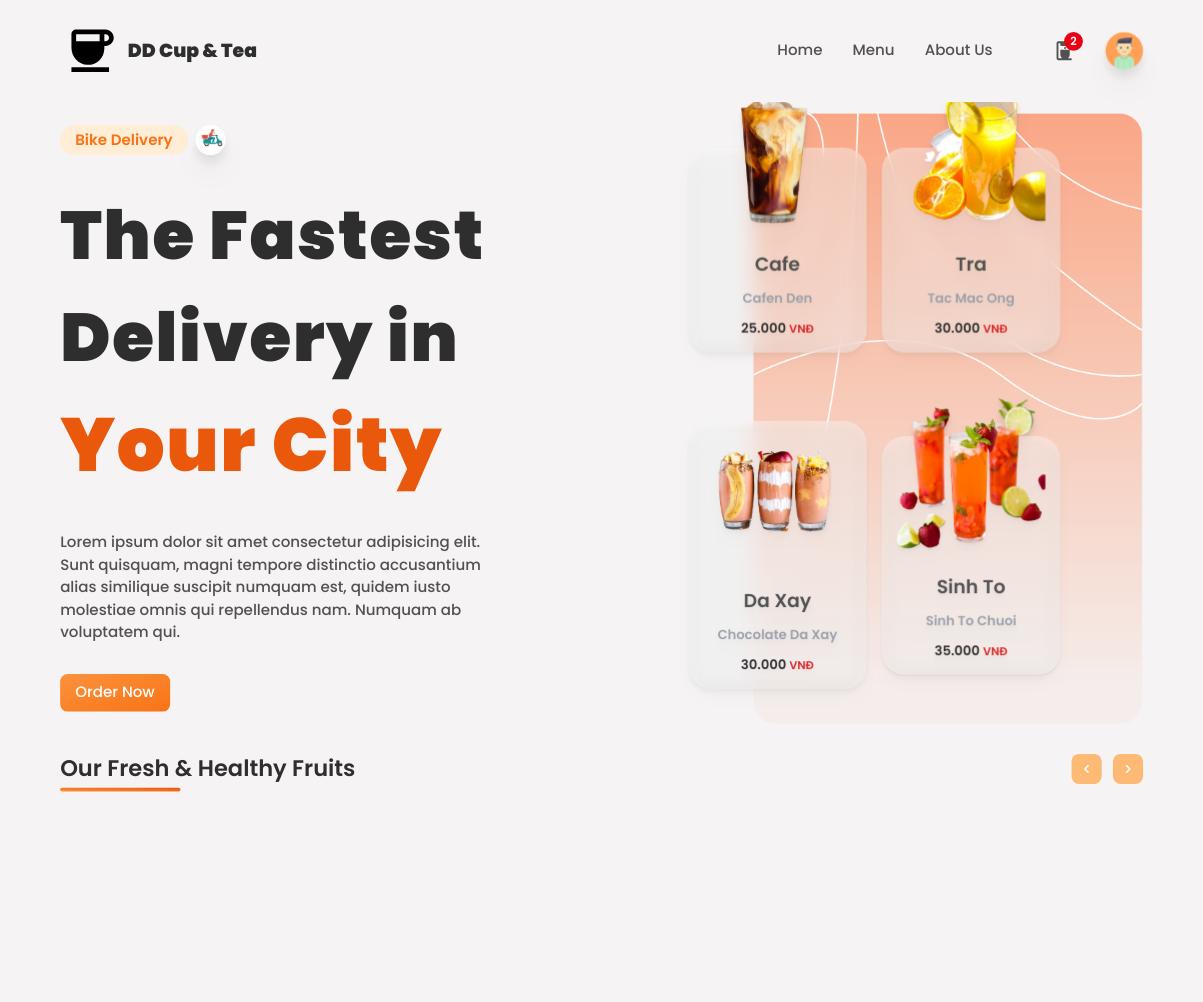
Repository: duongspm/ddcoffee
Page: /
These files come from the project's save history. The page is drawn as it stood at one moment and after a run of saves; the edit follows.
The browser window is 1280 px wide. The pictures show the whole page, at 94% of full size.
The page's requests for data from a server got no answer. The project was rebuilt for these pictures with package versions that can differ from the ones it lists, and the page was loaded fresh each time. No one was signed in, and anything a server would have sent is missing. Also part of the build but not shown: src/App.css, src/components/Loader.jsx, src/components/CreateContainer.jsx.

Above is the page before, as saved 2022-07-13 19:47:25.

### src/index.js
import React from 'react';
import ReactDOM from 'react-dom/client';
import './index.css';
import App from './App';
import reportWebVitals from './reportWebVitals';

import { BrowserRouter as Router } from 'react-router-dom';

import { StateProvider } from './context/StateProvider';
import { initialState } from './context/initalState';
import reducer from './context/reducer';

const root = ReactDOM.createRoot(document.getElementById('root'));
root.render(
  <Router>
    <StateProvider initialState={initialState} reducer={reducer}>
      <App />
    </StateProvider>
  </Router>
  // <React.StrictMode>
  //   <App />
  // </React.StrictMode>
);

// If you want to start measuring performance in your app, pass a function
// to log results (for example: reportWebVitals(console.log))
// or send to an analytics endpoint. Learn more: https://bit.ly/CRA-vitals
reportWebVitals();

### src/index.css
/* body {
  margin: 0;
  font-family: -apple-system, BlinkMacSystemFont, 'Segoe UI', 'Roboto', 'Oxygen',
    'Ubuntu', 'Cantarell', 'Fira Sans', 'Droid Sans', 'Helvetica Neue',
    sans-serif;
  -webkit-font-smoothing: antialiased;
  -moz-osx-font-smoothing: grayscale;
}

code {
  font-family: source-code-pro, Menlo, Monaco, Consolas, 'Courier New',
    monospace;
} */

@import url(https://fonts.googleapis.com/css2?family=DM+Sans:ital,wght@0,400;0,500;1,400;1,500&family=Inter:wght@400;500;600&family=Mulish:wght@300&family=Nunito+Sans:wght@200&family=Playfair+Display:wght@700&family=Poppins:wght@500;600;900&family=Quicksand:wght@700&display=swap);
*{
  margin: 0;
  padding: 0;
  box-sizing: border-box;
}
body{
  font-family: 'Poppins', sans-serif, -apple-system, BlinkMacSystemFont, 'Segoe UI', 'Roboto', 'Oxygen',
  'Ubuntu', 'Cantarell', 'Fira Sans', 'Droid Sans', 'Helvetica Neue',
  sans-serif;
}
html, body{
  scroll-behavior: smooth;
  overflow-x: hidden; /*chống tràn*/
}
@tailwind base;
@tailwind components;
@tailwind utilities;

### src/App.js
import './App.css';
import {Route, Routes} from 'react-router-dom';
import MainContainer from './components/MainContainer';
import CreateContainer from './components/CreateContainer';
import { AnimatePresence } from 'framer-motion';
import { Header } from './components';
import { useStateValue } from './context/StateProvider';
import { getALlDrinkItems } from './utils/firebaseFunctions';
import { useEffect } from 'react';
import { actionType } from './context/reducer';

function App() {
  const [{drinkItems}, dispatch] = useStateValue();
  const fetchData = async() => {
    await getALlDrinkItems().then ((data) => {
      dispatch({
        type : actionType.SET_DRINK_ITEMS,
        drinkItems : data
      })
    })
  };
  useEffect(() => {
    fetchData();
  }, [])


  return (
    <AnimatePresence exitBeforeEnter>
      <div className="w-screen h-auto flex flex-col bg-primary">
        <Header/>
        <main className='mt-14 md:mt-24 px-4 md:px-16 py-4 w-full'>
          <Routes>
            <Route path='/*' element={<MainContainer/>}></Route>
            <Route path='/createItem' element={<CreateContainer/>}></Route>
          </Routes>
        </main>
      </div>
    </AnimatePresence>
  );
}

export default App;

### src/context/StateProvider.js
import React, {createContext, useContext, useReducer} from 'react';
export const StateContext = createContext();
export const StateProvider = ({reducer, initialState, children}) => (
    <StateContext.Provider value={useReducer(reducer, initialState)}>
        {children}
    </StateContext.Provider>
);

export const useStateValue = () => useContext(StateContext);

### src/context/initalState.js
import { fetchUser } from "../utils/fetchLocalStorageData"

const userInfo = fetchUser()

export const initialState = {
    user: userInfo,
    drinkItems: null,
}

### src/context/reducer.js
export const actionType = {
    SET_USER: "SET_USER",
    SET_DRINK_ITEMS : "SET_DRINK_ITEMS"
};

const reducer = (state, action) => {
    console.log(action);

    switch (action.type){
        case actionType.SET_USER:
            return {
                ...state,
                user: action.user,
            };
        case actionType.SET_DRINK_ITEMS:
            return {
                ...state,
                drinkItems: action.drinkItems,
            };
        default:
            return state;
    }
};

export default reducer;

### src/components/MainContainer.jsx
import React from 'react';
import HomeContainer from './HomeContainer';
import {motion} from 'framer-motion';
import { MdChevronLeft, MdChevronRight } from 'react-icons/md';
import RowContainer from './RowContainer';
const MainContainer = () => {
    return (
        <div className='w-full h-auto flex flex-col items-center justify-center'>
            <HomeContainer/>
            <section className="w-full my-6">
                <div className='w-full flex items-center justify-between'>
                    <p className='text-2xl font-semibold capitalize text-headingColor relative before:absolute before:rounded-lg before:content before:w-32 before:h-1 before:-bottom-2 before:left-0 before:bg-gradient-to-tr from-orange-400 to-orange-600 transition-all ease-in-out duration-100'>
                        Our fresh & Healthy fruits
                    </p>
                    <div className='hidden md:flex gap-3 items-center'>
                        <motion.div whileTap={{scale:0.75}} className='w-8 h-8 rounded-lg bg-orange-300 hover:bg-oranger-500 cursor-pointer transition-all duration-100 ease-in-out hover:shadow-lg flex items-center justify-center'>
                            <MdChevronLeft className='text-lg text-white'></MdChevronLeft>
                        </motion.div>
                        <motion.div whileTap={{scale:0.75}}  className='w-8 h-8 rounded-lg bg-orange-300 hover:bg-oranger-500 cursor-pointer transition-all duration-100 ease-in-out hover:shadow-lg flex items-center justify-center'>
                            <MdChevronRight className='text-lg text-white'></MdChevronRight>
                        </motion.div>
                    </div>
                </div>
                <RowContainer flag={true} />
            </section>
        </div>
    );
};

export default MainContainer;

### src/components/index.js
export {default as Header} from './Header';
export {default as MainContainer} from './MainContainer';
export {default as CreateContainer} from './CreateContainer';
export {default as HomeContainer} from './HomeContainer';
export {default as Loader} from './Loader';
export {default as RowContainer} from './RowContainer';

### src/utils/firebaseFunctions.js
import {collection, doc, getDocs, orderBy, query, setDoc} from "firebase/firestore";
import { firestore } from "../firebase.config";

//saving new item
export const saveItem = async(data) => {
    await setDoc(doc(firestore,"drinkItems", `${Date.now()}`), data,{
        merge: true,
    });
};

//get all
export const getALlDrinkItems = async () => {
    const items = await getDocs (
        query(collection(firestore, "drinkItems"), orderBy("id","desc"))
    );
    return items.docs.map((doc) => doc.data());
};

### src/utils/fetchLocalStorageData.js
export const fetchUser = () => {
    const userInfo =
        localStorage.getItem("user") !== "undefined"
        ? JSON.parse(localStorage.getItem("user"))
        : localStorage.clear();
    return userInfo;
}

### src/components/HomeContainer.jsx
import React from 'react';
import delivery from '../assets/imgs/delivery.png';
import HeroBg from '../assets/imgs/heroBg.png';
import heroData from '../utils/data'

const HomeContainer = () => {
    return (
        <section id="home" className='grid grid-cols-1 md:grid-cols-2 gap-2 w-full'>
            <div className='py-2 flex flex-1 flex-col items-start  justify-center gap-8'>
                <div className='flex items-center gap-2 justify-center'>
                    <p className='text-base text-orange-500 font-semibold bg-orange-100 px-4 py-1 rounded-full'>Bike Delivery</p>
                    <div className='w-8 h-8 bg-white rounded-full overflow-hidden drop-shadow-xl'>
                        <img src={delivery} className="w-full h-full object-contain" alt="deli"/>
                    </div>
                </div>
                <p className='text-[2.5rem] font-bold tracking-wide text-headingColor lg:text-[4.5rem]'>The Fastest Delivery in <span className='text-orange-600 text-[3rem] lg:text-[5rem]'>Your City</span></p>
                <p className='text-base text-textColor text-center md:text-left md:w-[80%]'>Lorem ipsum dolor sit amet consectetur adipisicing elit. Sunt quisquam, magni tempore distinctio accusantium alias similique suscipit numquam est, quidem iusto molestiae omnis qui repellendus nam. Numquam ab voluptatem qui.</p>
                <button type='button' className='bg-gradient-to-br from-orange-400 to-orange-500 w-full px-4 py-2 rounded-lg hover:shadow-lg transition-all ease-in-out md:w-auto text-white'>Order Now</button>
            </div>
            <div className='py-2 flex-1 flex items-center relative'>
                <img src={HeroBg} className="ml-auto h-420 w-full lg:w-auto lg:h-650" alt="hero-bg"/>

                <div className='w-full h-full absolute flex items-center justify-center top-0 left-0 py-4 gap-4 flex-wrap lg:px-26'>
                    {heroData && heroData.map(n => (
                        <div key={n.id} className='w-190 bg-cardOverlay backdrop-blur-md p-4 rounded-3xl flex flex-col items-center justify-center lg:w-190 drop-shadow-lg'>
                        <img src={n.imageSrc} className='w-20 lg:w-40 -mt-10 lg:-mt-20' alt='i1'/>
                        <p className='text-base lg:text-xl font-semibold text-textColor mt-2 lg:mt-4'>{n.name}</p>
                        <p className='text-[12px] lg:text-sm font-semibold text-lighttextGray my-1 lg:my-3'>{n.decp}</p>
                        <p className='text-sm font-semibold text-headingColor'>{n.price} <span className='text-xs text-red-600'>VNĐ</span></p>
                    </div>
                    ))}
                </div>
            </div>
        </section>
    );
};

export default HomeContainer;

### src/components/RowContainer.jsx
import React from 'react';

const RowContainer = ({flag}) => {
    return (
        <div className={`w-full my-12 ${flag ? "overflow-x-scroll" : "overflow-x-hidden"}`}>
            <div className='w-300 md:w-225 h-auto my-12 backdrop-blur-lg'>
                <div className='w-full flex items-center justify-between'>
                    <img className='w-40 -mt-8 alt="addtocart" src'/>
                </div>
            </div>
        </div>
    );
};

export default RowContainer;

### src/utils/data.js
import I1 from '../assets/imgs/bacxiu.png';
import I2 from '../assets/imgs/cam.png';
import I3 from '../assets/imgs/chuoi.png';
import I4 from '../assets/imgs/dau.png';
const heropData = [
    {id : 1, name: 'Cafe', decp : 'Cafen Den', price : '25.000', imageSrc : I1},
    {id : 2, name: 'Tra', decp : 'Tac Mac Ong', price : '30.000', imageSrc : I2},
    {id : 3, name: 'Da Xay', decp : 'Chocolate Da Xay', price : '30.000', imageSrc : I3},
    {id : 4, name: 'Sinh To', decp : 'Sinh To Chuoi', price : '35.000', imageSrc : I4},
];
export default heropData;
export const categories = [
    {
        id: 1,
        name: "Cafe",
        urlParamName: "cafe",
    },
    {
        id: 2,
        name: "Tra",
        urlParamName: "tra",
    },
    {
        id: 3,
        name: "Nuoc Ep",
        urlParamName: "nuoc ep",
    },
    {
        id: 4,
        name: "Sinh To",
        urlParamName: "sinh to",
    },
];

### src/firebase.config.js
import {getApp, getApps, initializeApp} from 'firebase/app';
import {getFirestore} from 'firebase/firestore';
import {getStorage} from 'firebase/storage';

const firebaseConfig = {
    apiKey : "AIzaSyAiraH4JLA5tCdJ0jHuDoW_0qsknKtMiQc" ,
    authDomain : "ddcoffee-35878.firebaseapp.com" ,
    databaseURL : "https://ddcoffee-35878-default-rtdb.firebaseio.com" ,
    projectId : "ddcoffee-35878" ,
    storageBucket : "ddcoffee-35878.appspot.com" ,
    messagingSenderId : "404922796023" ,
    appId : "1:404922796023:web:4717a230c36f3a24a4d0f2"
    };

    const app = getApps.length > 0 ? getApp() : initializeApp(firebaseConfig);

    const firestore = getFirestore(app);
    const storage = getStorage(app);

    export {app, firestore, storage};

### src/components/Header.jsx
import React, { useState } from 'react';
import {motion} from "framer-motion";
import {Link} from 'react-router-dom';
import {MdCoffee} from 'react-icons/md';
import {MdCoffeeMaker, MdAdd, MdLogout, MdAccountCircle} from 'react-icons/md';
//import Logo from '../assets/imgs/logo-dendo-cocaybua.png';
import Avatar from '../assets/imgs/avatar.png';
import { getAuth, signInWithPopup, GoogleAuthProvider } from "firebase/auth";
import { app } from '../firebase.config';
import { useStateValue } from '../context/StateProvider';
import { actionType } from '../context/reducer';

const Header = () => {
    const firebaseAuth = getAuth(app);
    const provider = new GoogleAuthProvider();

    const [{user}, dispatch] = useStateValue()

    const [isMenu, setIsMenu] = useState(false);

    const login = async () => {
        //đăng nhập rồi click vô avt k hiện đăng nhập nữa
        if(!user)
        {
            const {user: {refreshToken, providerData}} = await signInWithPopup(firebaseAuth, provider);
            dispatch({
                type : actionType.SET_USER,
                user : providerData[0],
            });
            localStorage.setItem("user", JSON.stringify(providerData[0]))
        }else{
            setIsMenu(!isMenu);
        }
    };
    const logout = () => {
        setIsMenu(false);
        localStorage.clear();
        dispatch({
            type: actionType.SET_USER,
            user: null,
        });
    }

    return (
        <header className='fixed z-50 w-screen p-3 px-4 md:p-6 md:px-16 bg-primary'>
            {/* desktop */}
            <div className='hidden md:flex w-full h-full items-center justify-between'>
                <Link to={"/"} className='flex items-center gap-2'>
                    {/* <img src={Logo} className="w-16 object-cover" alt="Logo nef"/> */}
                    <MdCoffee className='w-16 object-cover cursor-pointer text-6xl hover:text-cartNumBg'></MdCoffee>
                    <motion.p whileTap={{scale: 0.6}}  className='text-headingColor text-xl font-bold'>DD Cup & Tea</motion.p>
                </Link>
                <div className='flex items-center gap-8'> {/* bo ra ngoai div nay thi no se nam giua */}
                    <motion.ul
                        initial={{opacity: 0, x: 200}}
                        animate={{opacity: 1, x: 0}}
                        exit={{opacity: 0, x: 200}}
                        className="flex items-center gap-8 ">
                        <li className='text-base text-textColor hover:text-cartNumBg duration-100 transition-all ease-in-out cursor-pointer'>Home</li>
                        <li className='text-base text-textColor hover:text-cartNumBg duration-100 transition-all ease-in-out cursor-pointer' onClick={()=>setIsMenu(false)}>Menu</li>
                        <li className='text-base text-textColor hover:text-cartNumBg duration-100 transition-all ease-in-out cursor-pointer' onClick={()=>setIsMenu(false)}>About Us</li>
                    </motion.ul>
                    <div className='relative flex items-center justify-center'>
                        <MdCoffeeMaker className='text-textColor text-2xl ml-8 cursor-pointer'></MdCoffeeMaker>
                        <div className='absolute -top-2 -right-2 w-5 h-5 rounded-full bg-cartNumBg flex items-center justify-center'>
                            <p className='text-xs text-white font-semibold'>2</p>
                        </div>
                    </div>
                    <div className='relative'>
                        <motion.img whileTap={{scale: 0.6}} className='w-10 min-w-[40px] h-10 min-h-[40px] drop-shadow-xl rounded-full' src={user ? user.photoURL : Avatar} alt="avata nguoi dung"
                        onClick={login}/>
                        {/* Menu In4 */}
                        {
                            isMenu &&
                            (
                                <motion.div
                                    initial={{opacity: 0, scale: 0.6}}
                                    animate={{opacity: 1, scale: 1}}
                                    exit={{opacity: 0, scale: 0.6}}
                                    className='w-40 bg-gray-50 shadow-xl rounded-lg absolute flex flex-col top-12 right-0'>
                                    {
                                        user && user.email === "tranvanduong10a22016bb@gmail.com" && (
                                            <Link to={'/createItem'}>
                                                <p className='px-4 py-2 flex items-center gap-3 cursor-pointer hover:bg-slate-100 transition-all duration-100 ease-in-out text-textColor text-base '><MdAdd/> New Item </p>
                                            </Link>
                                        )
                                    }
                                    <Link to={'/info'}>
                                        <p className='px-4 py-2 flex items-center gap-3 cursor-pointer hover:bg-slate-100 transition-all duration-100 ease-in-out text-textColor text-base'><MdAccountCircle/>{user ? user.displayName : 'In4'} </p>
                                    </Link>
                                    <hr/>
                                    <p className='px-4 py-2 flex items-center gap-3 cursor-pointer hover:bg-slate-100 transition-all duration-100 ease-in-out text-textColor text-base' onClick={logout}><MdLogout/> Logout </p>
                                </motion.div>
                            )
                        }
                        {/* End Menu In4 */}
                    </div>
                </div>
            </div>
            {/* mobile */}
            <div className='flex items-center justify-between md:hidden w-full h-full'>
                <div className='relative flex items-center justify-center'>
                    <MdCoffeeMaker className='text-textColor text-2xl ml-8 cursor-pointer'></MdCoffeeMaker>
                    <div className='absolute -top-2 -right-2 w-5 h-5 rounded-full bg-cartNumBg flex items-center justify-center'>
                        <p className='text-xs text-white font-semibold'>2</p>
                    </div>
                </div>
                <Link to={"/"} className='flex items-center gap-2'>
                    {/* <img src={Logo} className="w-16 object-cover" alt="Logo nef"/> */}
                    <MdCoffee className='w-16 object-cover cursor-pointer text-6xl hover:text-cartNumBg'></MdCoffee>
                    <motion.p whileTap={{scale: 0.6}}  className='text-headingColor text-xl font-bold'>DD Cup & Tea</motion.p>
                </Link>

                <div className='relative'>
                        <motion.img whileTap={{scale: 0.6}} className='w-10 min-w-[40px] h-10 min-h-[40px] drop-shadow-xl rounded-full' src={user ? user.photoURL : Avatar} alt="avata nguoi dung"
                        onClick={login}/>
                        {/* Menu In4 */}
                        {
                            isMenu &&
                            (
                                <motion.div
                                    initial={{opacity: 0, scale: 0.6}}
                                    animate={{opacity: 1, scale: 1}}
                                    exit={{opacity: 0, scale: 0.6}}
                                    className='w-40 bg-gray-50 shadow-xl rounded-lg absolute flex flex-col top-12 right-0'>
                                    {
                                        user && user.email === "tranvanduong10a22016bb@gmail.com" && (
                                            <Link to={'/createItem'}>
                                                <p className='px-4 py-2 flex items-center gap-3 cursor-pointer hover:bg-slate-100 transition-all duration-100 ease-in-out text-textColor text-base justify-center'><MdAdd/> New Item </p>
                                            </Link>
                                        )
                                    }
                                    <ul className="flex flex-col">
                                        <li className='text-base text-textColor hover:text-cartNumBg duration-100 transition-all ease-in-out cursor-pointer hover:bg-slate-100 px-4 py-2'>Home</li>
                                        <li className='text-base text-textColor hover:text-cartNumBg duration-100 transition-all ease-in-out cursor-pointer hover:bg-slate-100 px-4 py-2'>Menu</li>
                                        <li className='text-base text-textColor hover:text-cartNumBg duration-100 transition-all ease-in-out cursor-pointer hover:bg-slate-100 px-4 py-2'>About Us</li>
                                    </ul>
                                    <hr/>
                                    <Link to={'/info'}>
                                        <p className='px-4 py-2 flex items-center gap-3 cursor-pointer hover:bg-slate-100 transition-all duration-100 ease-in-out text-textColor text-base justify-center'><MdAccountCircle/> In4 </p>
                                    </Link>
                                    <hr/>
                                    <p className='m-2 p-2 rounded-md shadow-md flex items-center gap-3 cursor-pointer hover:bg-slate-300 transition-all duration-100 ease-in-out text-textColor text-base justify-center bg-gray-200 ' onClick={logout}><MdLogout/> Logout </p>
                                </motion.div>
                            )
                        }
                        {/* End Menu In4 */}
                    </div>
            </div>
        </header>
    );
};

export default Header;

Loaded but not shown: public/index.html (common file); src/reportWebVitals.js (common file); tailwind.config.js (71 lines, source omitted)

After the next 7 saves:
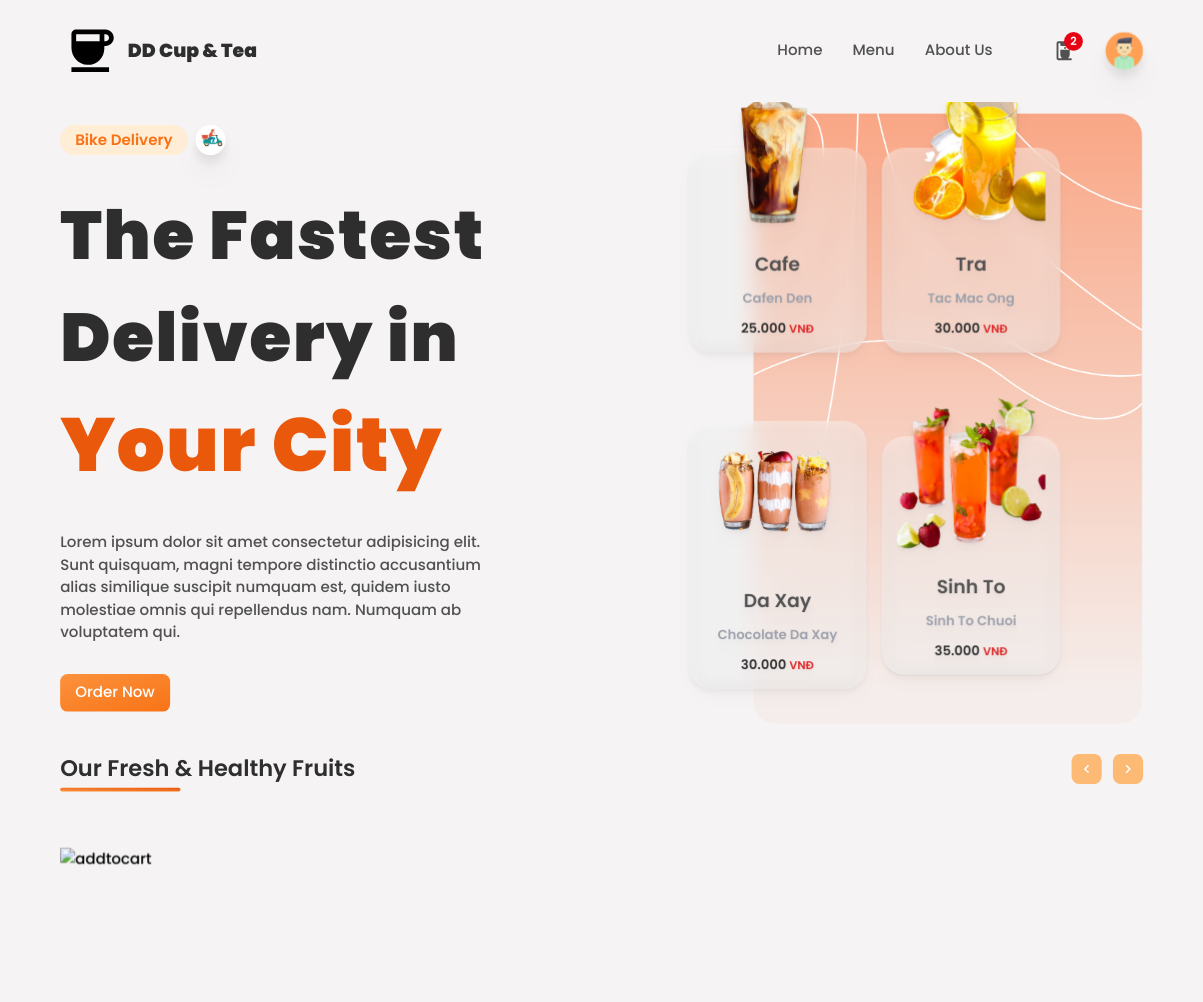
The 7 saves are shown as one change because they came seconds apart.
The last was saved 20 s later.
--- a/src/components/RowContainer.jsx
+++ b/src/components/RowContainer.jsx
@@ -5,7 +5,7 @@ const RowContainer = ({flag}) => {
         <div className={`w-full my-12 ${flag ? "overflow-x-scroll" : "overflow-x-hidden"}`}>
             <div className='w-300 md:w-225 h-auto my-12 backdrop-blur-lg'>
                 <div className='w-full flex items-center justify-between'>
-                    <img className='w-40 -mt-8 alt="addtocart" src'/>
+                    <img className='w-40 -mt-8' alt="addtocart" src=''/>
                 </div>
             </div>
         </div>
